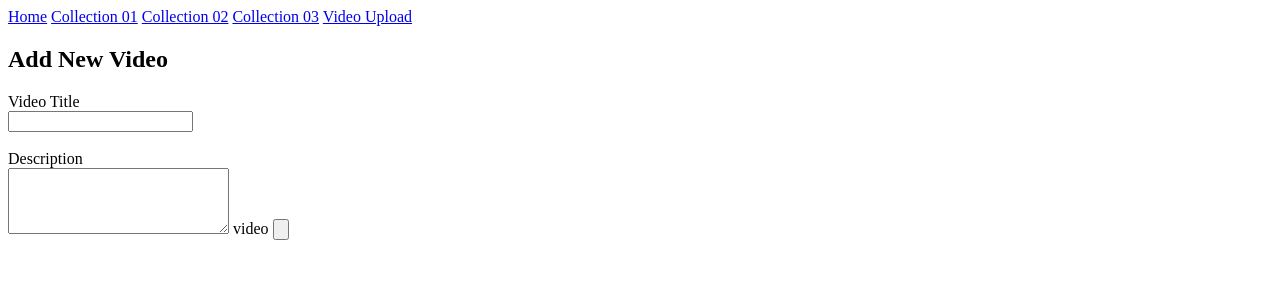
Repository: JoaoLemesDEV/Project-MyTube
Page: video_upload_page.html
These files come from the project's save history. The page is drawn as it stood at one moment and after the next save; the edit follows.
The browser window is 1280 px wide. The pictures show the whole page.

Above is the page before, as saved 2021-10-10 21:24:15.

After the next save:
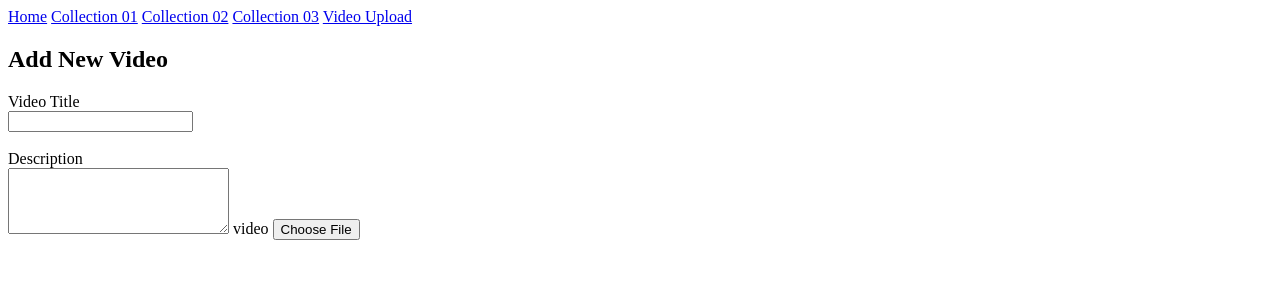
Saved 10 s later.
--- a/video_upload_page.html
+++ b/video_upload_page.html
@@ -21,7 +21,7 @@
 <label for="description">Description</label><br>
 <textarea name="description" id="descripition" cols="25" rows="4"></textarea>
 <label for="video">video</label>
-<input type="button" value="">
+<input type="button" value="Choose File">
 </body>
 <footer></footer>
 </html>
